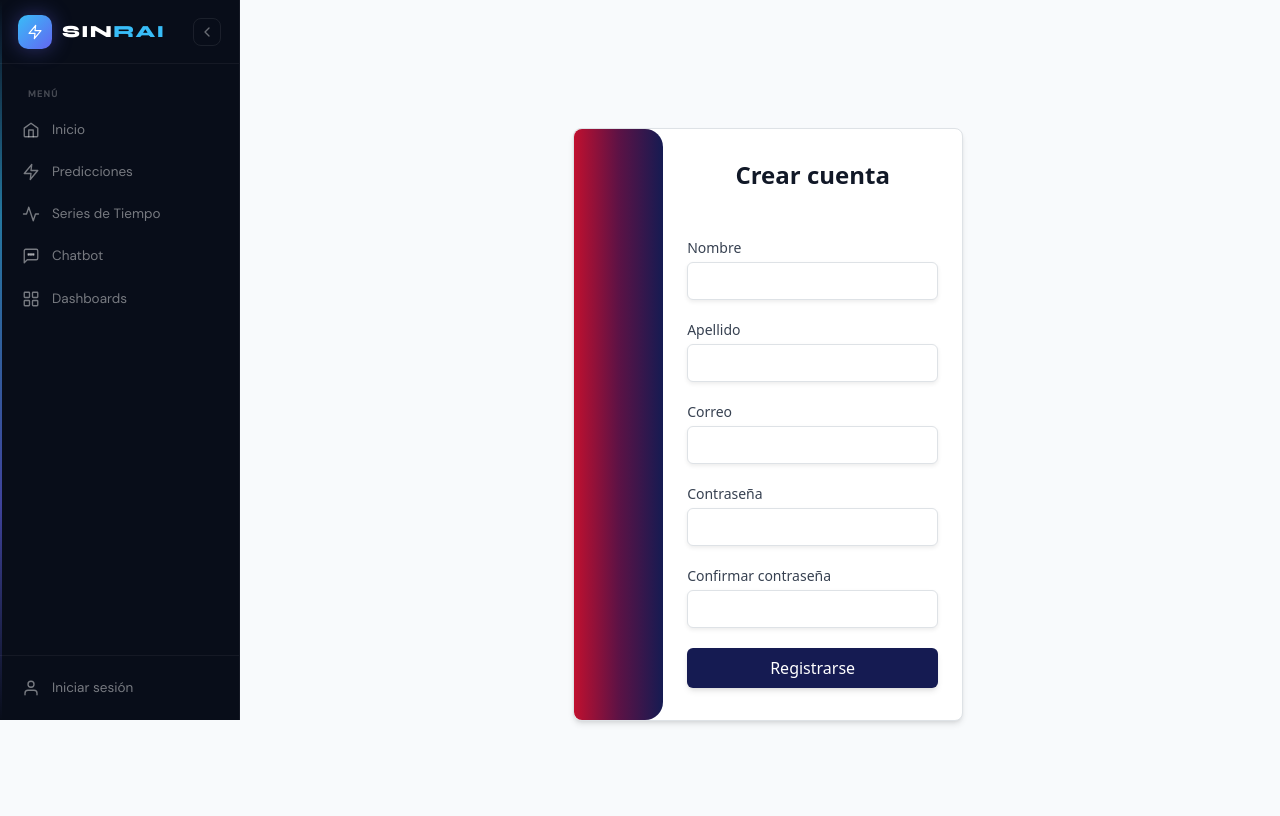
Repository: VegaAlex20/PlataformaAI
Page: /signup (app in frontend/)
These files come from the project's save history. The page is drawn as it stood at one moment and after the next save; the edit follows.
The browser window is 1280 px wide. The pictures show the whole page.
The page's requests for data from a server got no answer. The project was rebuilt for these pictures with package versions that can differ from the ones it lists, and the page was loaded fresh each time. No one was signed in, and anything a server would have sent is missing. Also part of the build but not shown: frontend/src/InstallButton.jsx, frontend/src/PrivateRoute.jsx, frontend/src/components/roles/econometria/Eco_Estrategico.jsx, frontend/src/components/roles/econometria/Eco_Tactico.jsx, frontend/src/components/roles/DashboardEconometria.jsx.

Above is the page before, as saved 2026-04-23 14:54:02.

After the next save:
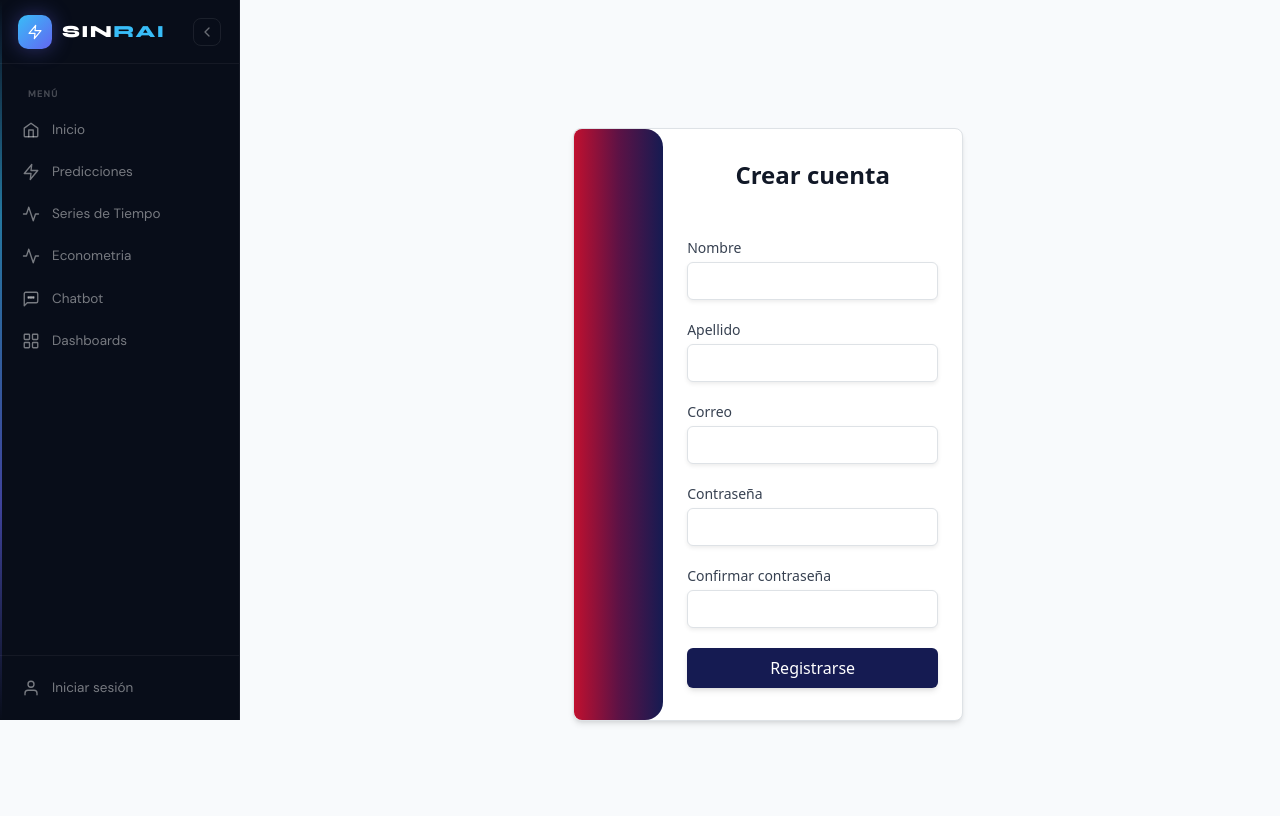
Saved 42 s later.
--- a/frontend/src/components/navigation/Navbar.js
+++ b/frontend/src/components/navigation/Navbar.js
@@ -66,6 +66,7 @@ const NAV = [
   { to: '/',              label: 'Inicio',           icon: IconHome       },
   { to: '/predicciones',  label: 'Predicciones',     icon: IconBolt       },
   { to: '/series-tiempo', label: 'Series de Tiempo', icon: IconTimeSeries },
+  { to: '/econometria', label: 'Econometria', icon: IconTimeSeries },
   { to: '/chat',          label: 'Chatbot',           icon: IconChat       },
   { to: '/dashboards',    label: 'Dashboards',        icon: IconDashboard  },
 ];
